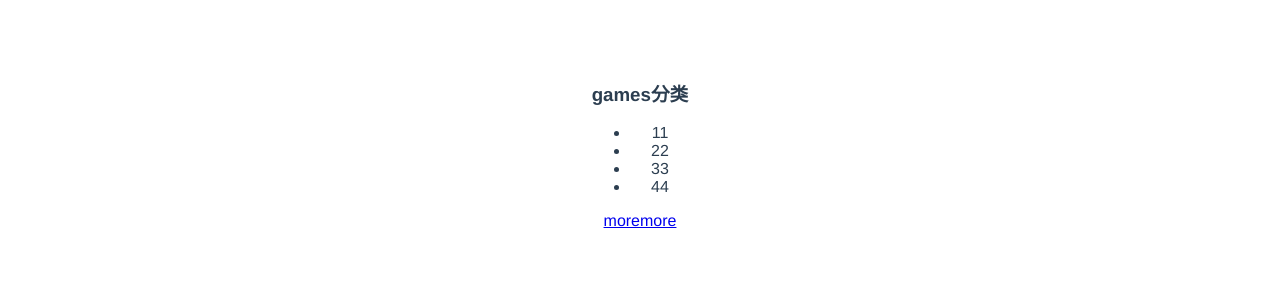
Repository: 319226862/wyy
Page: / (app in test/)
An editor plug-in stored every save of this project. The page is shown before and after the next save, followed by the edit.
The browser window is 1280 px wide. The pictures show the whole page.
The project was rebuilt for these pictures with package versions that can differ from the ones it lists, and the page was loaded fresh each time. Also part of the build but not shown: test/vue.config.js.

Above is the page before, as saved 2023-06-27 15:56:24.

After the next save:
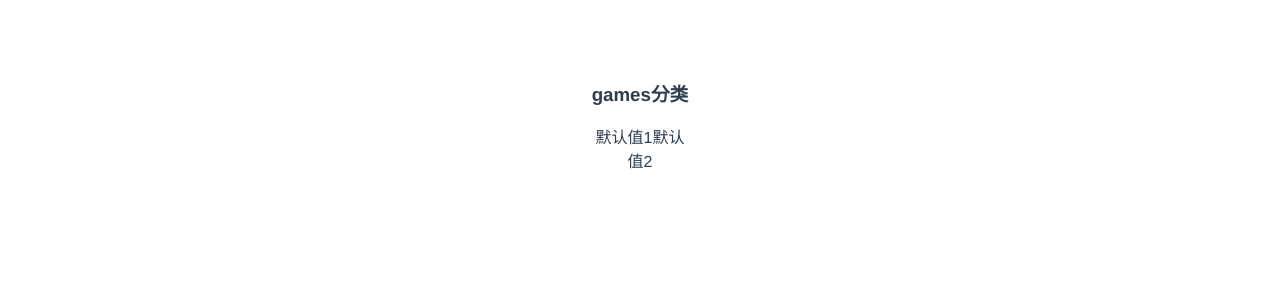
Saved 20 s later.
--- a/test/src/App.vue
+++ b/test/src/App.vue
@@ -9,11 +9,9 @@
     </Category> -->
 
     <Category title="games">
-      <ul slot="bottom">
+      <ul>
           <li v-for="(game,index) in games" :key="index">{{ game }}</li>
       </ul>
-      <a slot="footer" href="#">more</a>
-      <a slot="footer" href="#">more</a>
     </Category>
 
     <!-- <Category title="films">
